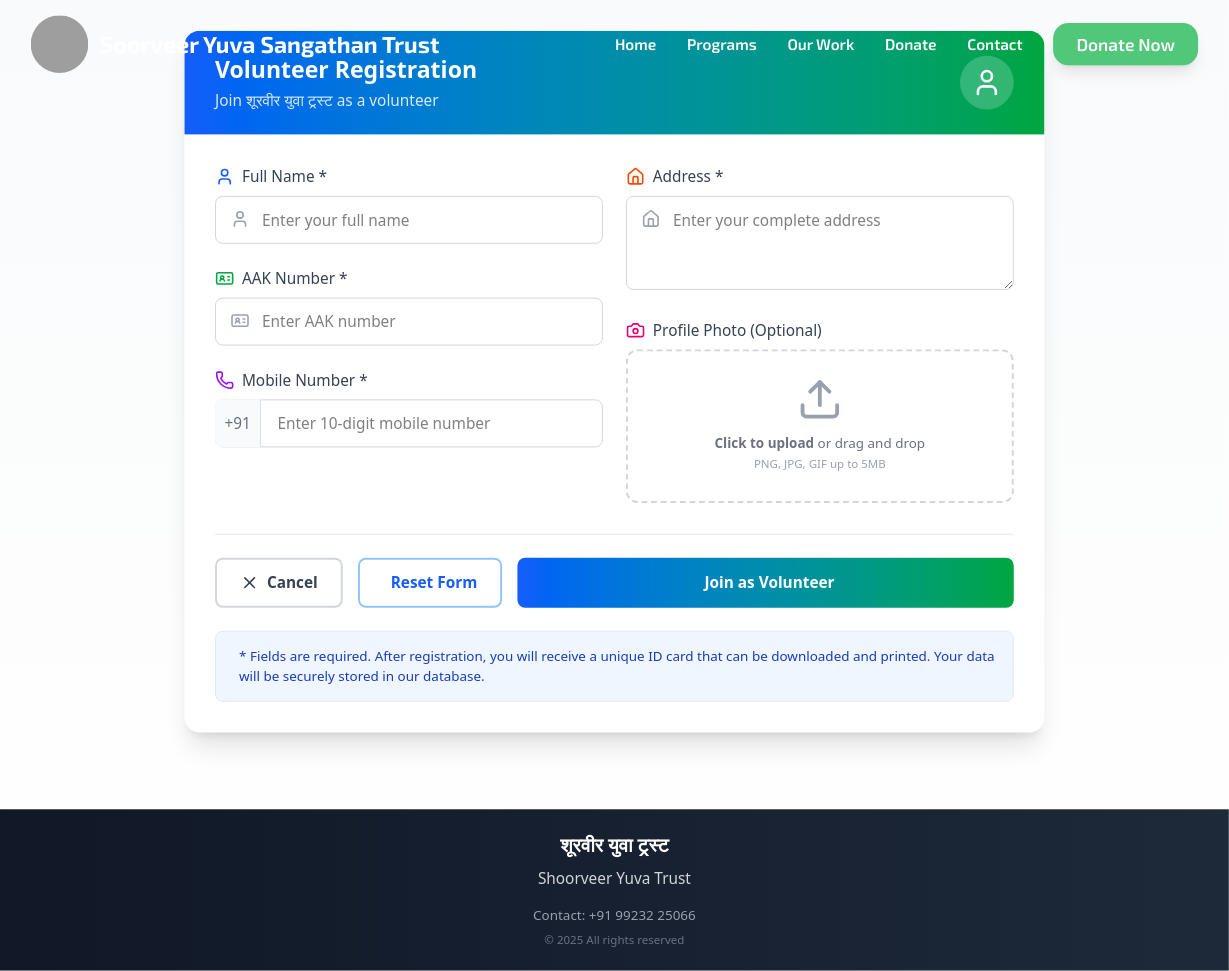
Repository: A-y-u-s-h-29/Soorveeryuvasangathan
Page: /volunteer/register (app in op/)
An editor plug-in stored every save of this project. The page is shown before and after the next save, followed by the edit.
The browser window is 1280 px wide. The pictures show the whole page, at 96% of full size.
Pictures or frames that could not be fetched are drawn as grey boxes. Some web fonts or font styles are not loaded; a fallback is used. The project was rebuilt for these pictures with package versions that can differ from the ones it lists, and the page was loaded fresh each time. Also part of the build but not shown: op/vite.config.js, op/src/components/ImageSlider.jsx, op/src/components/Home.jsx, op/src/components/VideoPage.jsx, op/src/components/VolunteerPage.jsx, op/src/components/VolunteerCard.jsx. Imported but missing from the stored project, and not drawn on this page: op/src/components/AboutSection.

Above is the page before, as saved 2025-12-02 15:41:14.

After the next save:
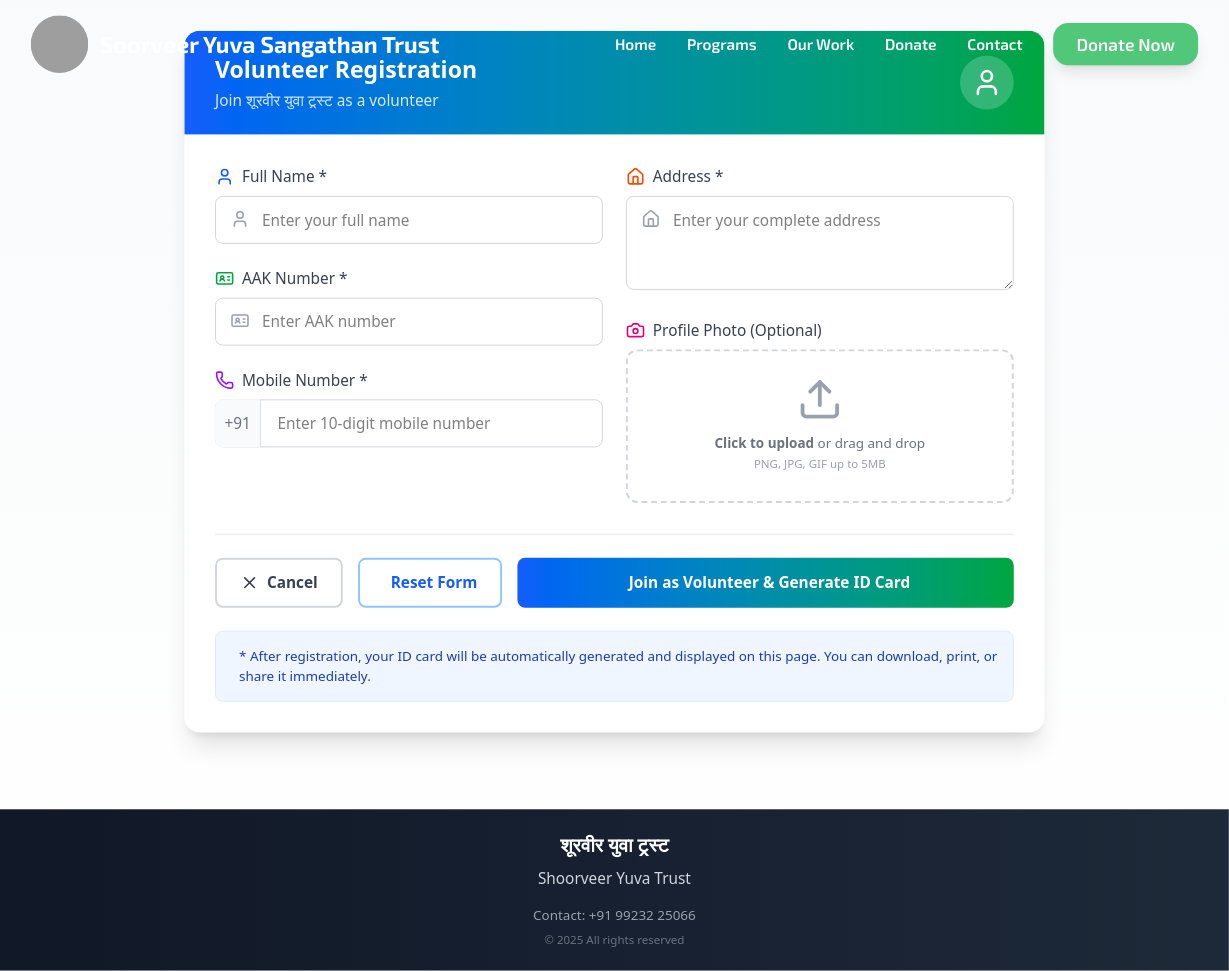
Saved 108 s later.
--- a/op/src/components/VolunteerForm.jsx
+++ b/op/src/components/VolunteerForm.jsx
@@ -1,10 +1,12 @@
 // components/VolunteerForm.jsx
 import React, { useState } from 'react';
+import { useNavigate } from 'react-router-dom';
 import { volunteerAPI } from '../services/api';
 import toast from 'react-hot-toast';
 import { User, Phone, Home, IdCard, Camera, X, Upload, Loader } from 'lucide-react';
 
 const VolunteerForm = ({ onSubmit, onCancel }) => {
+    const navigate = useNavigate();
     const [formData, setFormData] = useState({
         name: '',
         aakNo: '',
@@ -114,34 +116,51 @@
         setLoading(true);
 
         try {
-            const formDataToSend = new FormData();
-            formDataToSend.append('name', formData.name.trim());
-            formDataToSend.append('aakNo', formData.aakNo.trim());
-            formDataToSend.append('mobileNo', formData.mobileNo.trim());
-            formDataToSend.append('address', formData.address.trim());
-            if (formData.image) {
-                formDataToSend.append('image', formData.image);
+            // For now, use mock data if backend is not working
+            const mockVolunteerData = {
+                _id: Date.now().toString(),
+                uniqueId: Math.floor(Math.random() * 1000) + 1,
+                name: formData.name.trim(),
+                aakNo: formData.aakNo.trim(),
+                mobileNo: formData.mobileNo.trim(),
+                address: formData.address.trim(),
+                imageUrl: formData.imagePreview || '',
+                joinDate: new Date().toISOString(),
+                createdAt: new Date()
+            };
+
+            // Try to save to backend first
+            try {
+                const response = await volunteerAPI.createVolunteer({
+                    name: formData.name.trim(),
+                    aakNo: formData.aakNo.trim(),
+                    mobileNo: formData.mobileNo.trim(),
+                    address: formData.address.trim(),
+                });
+
+                if (response.success) {
+                    toast.success('Volunteer registered successfully!');
+                    if (onSubmit) {
+                        onSubmit(response.data);
+                    }
+                    resetForm();
+                    // Stay on same page, parent will show card
+                    return;
+                }
+            } catch (backendError) {
+                console.log('Backend not available, using mock data');
             }
 
-            const response = await volunteerAPI.createVolunteer(formDataToSend);
-
-            if (response.success) {
-                toast.success('Volunteer registered successfully!');
-                if (onSubmit) {
-                    onSubmit(response.data);
-                }
-                resetForm();
-            } else {
-                toast.error(response.message || 'Registration failed');
+            // If backend fails, use mock data
+            toast.success('Volunteer registered successfully! (Demo Mode)');
+            if (onSubmit) {
+                onSubmit(mockVolunteerData);
             }
+            resetForm();
+
         } catch (error) {
-            const errorMessage = error.response?.data?.message || 'Network error';
-            toast.error(errorMessage);
-
-            // Handle duplicate AAK number error
-            if (errorMessage.includes('AAK number already')) {
-                setErrors(prev => ({ ...prev, aakNo: 'This AAK number is already registered' }));
-            }
+            console.error('Error:', error);
+            toast.error('Registration failed. Please try again.');
         } finally {
             setLoading(false);
         }
@@ -371,7 +390,7 @@
                             ) : (
                                 <>
                                     <i className="fas fa-user-plus mr-2"></i>
-                                    Join as Volunteer
+                                    Join as Volunteer & Generate ID Card
                                 </>
                             )}
                         </button>
@@ -382,8 +401,8 @@
                         <p className="text-sm text-blue-800 flex items-start">
                             <i className="fas fa-info-circle mr-2 mt-0.5"></i>
                             <span>
-                                * Fields are required. After registration, you will receive a unique ID card
-                                that can be downloaded and printed. Your data will be securely stored in our database.
+                                * After registration, your ID card will be automatically generated and displayed
+                                on this page. You can download, print, or share it immediately.
                             </span>
                         </p>
                     </div>
